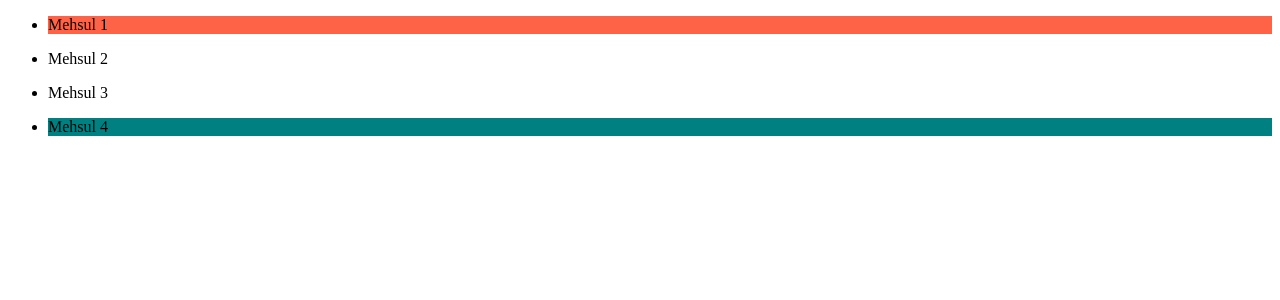
Repository: AytacSafarova/task-111
Page: index.html
The author's editor kept a copy of each file at every save. The page is drawn from the files as they stood at one save, then again after the next save.
The browser window is 1280 px wide. The pictures show the whole page.

Above is the page before, as saved 2023-09-16 18:16:07.

### index.html
<!DOCTYPE html>
<html lang="en">
  <head>
    <meta charset="UTF-8" />
    <meta name="viewport" content="width=device-width, initial-scale=1.0" />
    <title>Document</title>
    <link rel="stylesheet" href="index.css" />
  </head>
  <body>

<ul>
    <li >
        <p>Mehsul 1</p>
    </li>

    <li>
        <p>Mehsul 2</p>
    </li>

    <li>
        <p>Mehsul 3</p>
    </li>
    <li>
        <p>Mehsul 4</p>
    </li>
</ul>


  </body>
</html>

### index.css
@import url('https://fonts.googleapis.com/css2?family=Epilogue&display=swap');

li:first-child{
    background-color: tomato;
}
li:last-child{
    background-color: violet;
}
li:nth-child(4){
    background-color: teal;
}

After the next save:
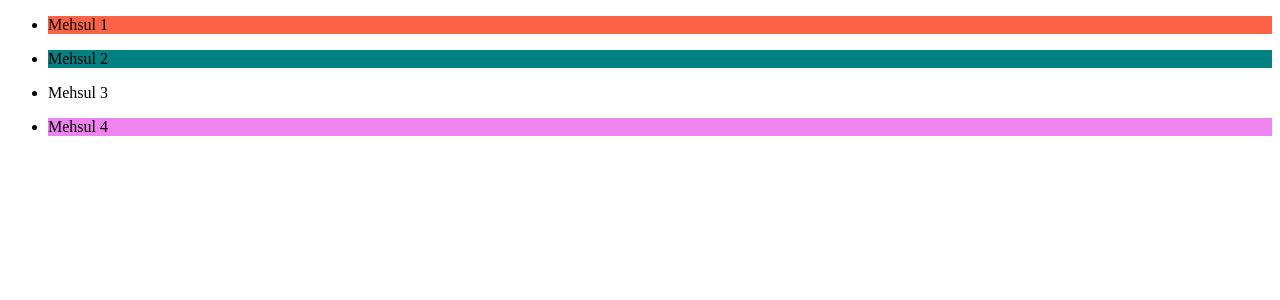
Saved 8 s later.
--- a/index.css
+++ b/index.css
@@ -6,6 +6,6 @@ li:first-child{
 li:last-child{
     background-color: violet;
 }
-li:nth-child(4){
+li:nth-child(2){
     background-color: teal;
 }
